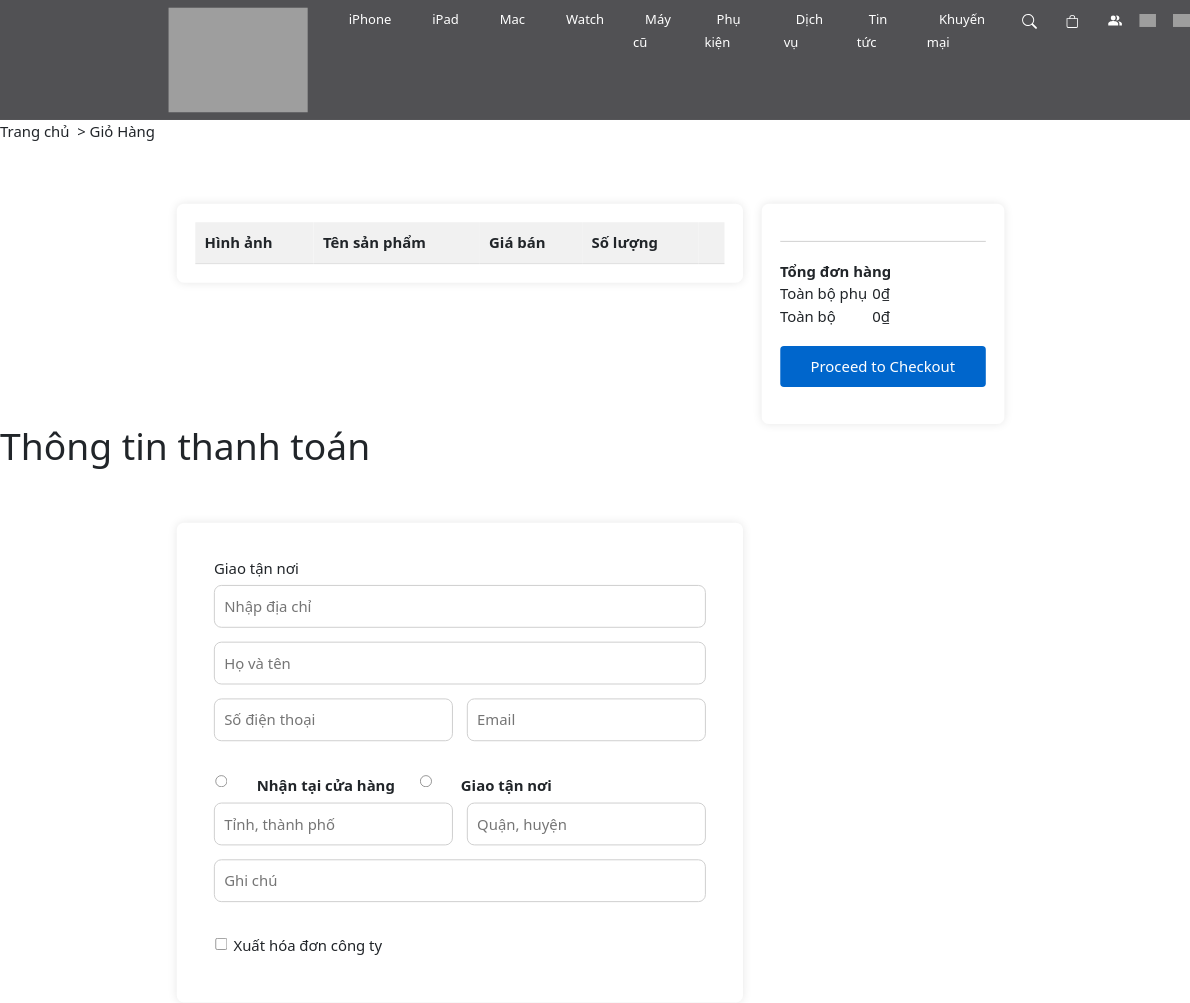
Repository: 20092004nam2k4/FE-ShopDunk
Page: /cart
These files come from the project's save history. The page is drawn as it stood at one moment and after the next save; the edit follows.
The browser window is 1280 px wide. The pictures show the whole page, at 93% of full size.
Pictures or frames that could not be fetched are drawn as grey boxes. The page's requests for data from a server got no answer. The project was rebuilt for these pictures with package versions that can differ from the ones it lists, and the page was loaded fresh each time. No one was signed in, and anything a server would have sent is missing. Also part of the build but not shown: src/component/common/SlideImage.css, src/component/common/SlideImage.js, src/component/product/ProductCart.css, src/component/product/ProductList.js, src/component/product/ProductDetail.css, src/component/product/ProductDetail.js, src/component/user/LoginUser.js, src/component/user/UserProfile.js and 3 more.

Above is the page before, as saved 2024-06-14 12:05:30.

### src/component/cart/CartPage.js

import React, { useState, useEffect } from "react";
import axios from "axios";
import "./CartPage.css";

const CartPage = () => {
  const [cartItems, setCartItems] = useState([]);

  const fetchCartItems = () => {
    axios
      .get("http://localhost:8090/api/products/cart")
      .then((response) => {
        setCartItems(response.data);
      })
      .catch((error) => {
        console.error("Error fetching cart items:", error);
      });
  };

  useEffect(() => {
    fetchCartItems();
  }, []);

  const removeFromCart = (id) => {
    axios
      .delete(`http://localhost:8090/api/products/removeFromCart/${id}`)
      .then(() => {
        fetchCartItems(); // Refresh the cart items after removing
      })
      .catch((error) => {
        console.error("Error removing product from cart:", error);
      });
  };

  const updateQuantity = (id, newQuantity) => {
    if (newQuantity <= 0) {
      // Nếu số lượng mới <= 0, xóa sản phẩm khỏi giỏ hàng
      axios.delete(`http://localhost:8090/api/products/updateCart/${id}`, {
        quantity: newQuantity,
      })
      .then(() => {
        fetchCartItems();  // Làm mới giỏ hàng sau khi xóa
      })
      .catch((error) => {
        console.error("Lỗi khi xóa sản phẩm khỏi giỏ hàng:", error);
      });
      return;
    }

    // Gửi yêu cầu PUT để cập nhật số lượng sản phẩm
    axios.put(`http://localhost:8090/api/products/updateCart/${id}`, null, {
      params: {
        quantity: newQuantity,
      },
    })
    .then(() => {
      fetchCartItems();  // Làm mới giỏ hàng sau khi cập nhật
    })
    .catch((error) => {
      console.error("Lỗi khi cập nhật số lượng sản phẩm:", error);
    });
  };

  const calculateSubtotal = () => {
    return cartItems.reduce((sum, item) => sum + item.product.price * item.quantity, 0);
  };

  const calculateTotal = () => {
    return calculateSubtotal();
  };

  return (
    <div className="cart-page">
      <div className="title-header">
        <p>Trang chủ &nbsp;&gt; Giỏ Hàng</p>
      </div>
      <div className="tong">
        <div className="left">
          <div className="cart-detail">
            <table className="cart">
              <thead>
                <tr>
                  <th>Hình ảnh</th>
                  <th>Tên sản phẩm</th>
                  <th>Giá bán</th>
                  <th>Số lượng</th>
                  <th></th>
                </tr>
              </thead>
              <tbody>
                {cartItems.map((item) => (
                  <tr key={item.id}>
                    <td>
                      <a href={`/product/${item.product.id}`}>
                        <img
                          alt={`Ảnh của ${item.product.name}`}
                          src={`http://localhost:8090/image/${item.product.image}`}
                          title={`Hiển thị chi tiết cho ${item.product.name}`}
                        />
                      </a>
                    </td>
                    <td className="product">
                      <a href={`/product/${item.product.id}`} className="product-name">
                        {item.product.name}
                      </a>
                      <div className="edit-item"></div>
                    </td>
                    <td className="unit-price">
                      <span className="product-unit-price">
                        {parseInt(item.product.price).toLocaleString()}₫
                      </span>
                    </td>
                    <td className="quantity">
                      <div className="cart-quantity-input-container">
                        <svg
                          id={`cart-quantity-input-subtract${item.id}`}
                          width="11"
                          height="11"
                          viewBox="0 0 11 11"
                          fill="none"
                          xmlns="http://www.w3.org/2000/svg"
                          onClick={() => updateQuantity(item.id, item.quantity - 1)}
                        >
                          <path
                            d="M-0.00390625 5.90234H11.0039C11.1133 5.90234 11.207 5.86328 11.2852 5.78516C11.3633 5.70182 11.4023 5.60547 11.4023 5.49609C11.4023 5.38672 11.3633 5.29297 11.2852 5.21484C11.207 5.13672 11.1133 5.09766 11.0039 5.09766H-0.00390625C-0.0768229 5.09766 -0.144531 5.11589 -0.207031 5.15234C-0.264323 5.1888 -0.311198 5.23828 -0.347656 5.30078C-0.384115 5.35807 -0.402344 5.42318 -0.402344 5.49609C-0.402344 5.57422 -0.384115 5.64453 -0.347656 5.70703C-0.311198 5.76432 -0.264323 5.8112 -0.207031 5.84766C-0.144531 5.88411 -0.0768229 5.90234 -0.00390625 5.90234Z"
                            fill="#0066CC"
                          />
                        </svg>

                        {/* Input hiển thị số lượng */}
                        <input
                          className="input-text"
                          id={`quantity${item.id}`}
                          value={item.quantity}
                          size="4"
                          readOnly
                        />

                        {/* Nút tăng số lượng */}
                        <svg
                          id={`cart-quantity-input-add${item.id}`}
                          width="12"
                          height="13"
                          viewBox="0 0 12 13"
                          fill="none"
                          xmlns="http://www.w3.org/2000/svg"
                          onClick={() => updateQuantity(item.id, item.quantity + 1)}
                        >
                          <path
                            d="M-0.304688 6.5C-0.304688 6.61458 -0.265625 6.71094 -0.1875 6.78906C-0.104167 6.86719 -0.0104167 6.90625 0.09375 6.90625H5.19531V12.0078C5.19531 12.1172 5.23438 12.2109 5.3125 12.2891C5.39583 12.3672 5.49219 12.4062 5.60156 12.4062C5.71094 12.4062 5.80729 12.3672 5.89062 12.2891C5.96875 12.2109 6.00781 12.1172 6.00781 12.0078V6.90625H11.1094C11.2239 6.90625 11.3177 6.86719 11.3906 6.78906C11.4739 6.71094 11.5156 6.61458 11.5156 6.5C11.5156 6.39583 11.4739 6.30208 11.3906 6.21875C11.3177 6.13542 11.2239 6.09375 11.1094 6.09375H6.00781V1.00781C6.00781 0.893229 5.96875 0.799479 5.89062 0.726562C5.80729 0.653646 5.71094 0.617188 5.60156 0.617188C5.49219 0.617188 5.39583 0.653646 5.3125 0.726562C5.23438 0.799479 5.19531 0.893229 5.19531 1.00781V6.09375H0.09375C-0.0104167 6.09375 -0.104167 6.13542 -0.1875 6.21875C-0.265625 6.30208 -0.304688 6.39583 -0.304688 6.5Z"
                            fill="#0066CC"
                          />
                        </svg>
                      </div>
                    </td>

                    <td className="remove-from-cart">
                      <button
                        onClick={() => removeFromCart(item.id)}
                        className="remove-button"
                      >
                        <i className="fas fa-trash-alt"></i>
                      </button>
                    </td>
                  </tr>
                ))}
              </tbody>
            </table>
          </div>

        </div>

        <div className="right">
          <div className="cart-collaterals">
            <div className="totals">
              <div className="total-info">
                <table className="cart-total">
                  <thead>
                    <tr>
                      <th colSpan="2">Tổng đơn hàng</th>
                    </tr>
                  </thead>
                  <tbody>
                    <tr className="cart-item-subtotal">
                      <td>Toàn bộ phụ</td>
                      <td>
                        <span className="value">{calculateSubtotal().toLocaleString()}₫</span>
                      </td>
                    </tr>
                    <tr className="order-total">
                      <td>Toàn bộ</td>
                      <td>
                        <span className="value">{calculateTotal().toLocaleString()}₫</span>
                      </td>
                    </tr>
                  </tbody>
                </table>
                <div className="checkout-buttons">
                  <button className="checkout-button">Proceed to Checkout</button>
                </div>
              </div>
            </div>
          </div>
        </div>
      </div>
      <div>
        <h1>Thông tin thanh toán</h1>
      </div>
      <div className="tong-bot">
        <div class="left">
          <div class="enter-address bg-white">
            <h6>Giao tận nơi</h6>
            <input placeholder="Nhập địa chỉ"></input>
            <input placeholder="Họ và tên"></input>
            <div class="half-inputs">
              <input placeholder="Số điện thoại"></input>
              <input placeholder="Email"></input>
            </div>
            <div class="edit-address">
              <div class="delivery-method">
                <input type="radio" id="receive-store" name="receive-method" value="store"></input>
                <label for="receive-store">Nhận tại cửa hàng</label>
                <input type="radio" id="receive-delivery" name="receive-method" value="delivery"></input>
                <label for="receive-delivery">Giao tận nơi</label>
              </div>
              <div class="half-inputs">
                <input placeholder="Tỉnh, thành phố"></input>
                <input placeholder="Quận, huyện"></input>
              </div>
              <div>
                <input placeholder="Ghi chú"></input>
              </div>
              <div class="edit-address">
                <input type="checkbox" id="company-invoice" name="company-invoice" value="company-invoice"></input>Xuất hóa đơn công ty
              </div>
            </div>
          </div>
        </div>
      </div>


    </div>
  );
};

export default CartPage;

### src/component/common/Navbar.css
.navbar {
  background-color: #515154;
  padding: 10px;
  position: relative; /* Thêm thuộc tính position relative */
}

.navbar-links {
  list-style: none;
  display: flex;
  justify-content: center;
  max-width: 1400px;
  margin: 0;
padding-left: 150px;
 position: relative; /* Thêm thuộc tính position relative */
  z-index: 1; /* Đảm bảo navbar hiển thị trên cùng */
}

.navbar-links li {
  padding-left: 18px;
}

.navbar-links a {
  color: white;
  text-decoration: none;
  padding: 10px 13px 25px;
  transition: background-color 0.3s;
  font-size: 14px;
}

.navbar-links a:hover {
  background-color: #6a6969;
}

.imageIcon {
  width: 150px;
}

.icon-bag,
.icon-people,
.icon-search {
  color: white;
  height: 30px;
}

.imageIconVN {
  height: 14px;
}

.dropdown-menu {
  position: absolute;
  top: 100%; /* Hiển thị menu dropdown bên dưới navbar */
  left: 0;
  background-color: #515154;
  min-width: 200px; /* Độ rộng tối thiểu của dropdown menu */
  z-index: 10; /* Đảm bảo menu dropdown hiển thị trên cùng */
  box-shadow: 0px 8px 16px rgba(0, 0, 0, 0.2); /* Đổ bóng cho dropdown menu */
  display: none; /* Ẩn dropdown menu mặc định */
}

.dropdown-menu.active {
  display: block; /* Hiển thị dropdown menu khi active */
}

.dropdown-menu a {
  color: white;
  text-decoration: none;
  padding: 15px;
  display: block;
  transition: background-color 0.3s;
}

.dropdown-menu a:hover {
  background-color: #7f7d7d;
}

### src/component/user/Login.css
body {
    font-family: sans-serif;
    /* display: flex; */
    justify-content: center;
    align-items: center;
    min-height: 100vh;
    background-color: #f5f5f5;
  }
  .userName-login{
    margin-top: 25px;
  }



  .left-side {
    width: 50%;
    display: flex;
    justify-content: center;
    align-items: center;
    margin-top: 90px;
  }

  .right-side {
    width: 50%;
    padding: 20px;
    margin-top: 90px;
  }

  .left-side img {
    width: 100%;
    max-width: 600px;
    height: 350px;
  }

  h2 {
    margin-bottom: 20px;
  }

  input[type="text"],
  input[type="password"] {
    width: 100%;
    padding: 10px;
    margin-bottom: 15px;
    border: 1px solid #ddd;
    border-radius: 10px;
    box-sizing: border-box;
  }

  input[type="checkbox"] {
    margin-right: 5px;
  }

  button {
    background-color: #007bff;
    color: #fff;
    padding: 10px 20px;
    border: none;
    border-radius: 3px;
    cursor: pointer;
    width: 100%;
  }

  .link {
    display: block;
    text-align: center;
    margin-top: 15px;
    color: #007bff;
    text-decoration: none;
  }

  .footerMain{
margin-top: 200px;
  }
  .textFooter{
    padding-left: 200px !important;
  }
  .textToRegister{
    margin-top: 15px;
  }

### src/component/user/UserProfile.css
    /* Reset CSS */
    * {
        box-sizing: border-box;
        margin: 0;
        padding: 0;
    }

    body {
        font-family: Arial, Helvetica, sans-serif;
        background-color: #f5f5f7; /* Updated background color */
    }

    .page-container {
        padding: 20px;
        background-color: #f5f5f7; /* Background color for the page */
    }

    .container {
        display: flex;
        justify-content: space-between;
        margin: 30px auto;
        width: 80%;
        /* gap: 30px;  */
    }

    .navigation {
        width: 25%;
        background-color: #fff;
        padding: 20px;
        border-radius: 10px;
        border: 1px solid #ddd; /* Border for left div */
        box-shadow: 0 0 10px rgba(0, 0, 0, 0.1); /* Optional: for a subtle shadow effect */
        margin-left: 50px;
    }

    .navigation ul {
        padding-left: 0; /* Reset padding */
        list-style: none; /* Remove bullet points */
    }

    .navigation li {
        padding: 10px 0;
        border-bottom: 1px solid #ddd;
    }

    .navigation li:last-child {
        border-bottom: none;
    }

    .navigation li a {
        color: #333;
        text-decoration: none;
        display: flex;
        align-items: center;
    }

    .navigation li a i {
        margin-right: 10px;
        font-size: 1.2em;
    }

    .form {
        width: calc(70% - 100px); /* Reduced width by 100px */
        background-color: #fff;
        padding: 20px;
        border-radius: 10px;
        border: 1px solid #ddd; /* Border for right div */
        box-shadow: 0 0 10px rgba(0, 0, 0, 0.1); /* Optional: for a subtle shadow effect */
        display: flex;
        flex-direction: column;
        height: calc(100% + 70px); /* Increased height by 70px */
        margin-right: 90px;
    }

    .form-row {
        display: flex;
        justify-content: space-between;
        align-items: center;
        margin-bottom: 15px;
    }

    .form-row label {
        flex: 1;
    }

    .form-row input,
    .form-row select {
        flex: 2;
        padding: 10px;
        border: 1px solid #ddd;
        border-radius: 5px;
    }

    .form-row .input-group {
        display: flex;
        flex-direction: column;
        margin-bottom: 15px;
    }

    .form-row .input-group input {
        margin-top: 10px;
    }

    .input-email {
        padding-left: 20px;
    }

    .input-gender {
        display: flex;
        align-items: center;
        padding-left: 20px;
    }

    .input-gender > div {
        display: flex;
        align-items: center;
        margin-right: 20px;
    }

    .input-gender label {
        margin-left: 5px;
        margin-right: 15px; /* Adjust spacing between the labels and inputs */
    }

    .form-row.birthday-row {
        display: flex;
        justify-content: space-between;
        align-items: center;
        margin-bottom: 15px;
    }

    .form-row.birthday-row label {
        flex: 1;
    }

    .form-row.birthday-row select {
        flex: 1;
        padding: 10px;
        border: 1px solid #ddd;
        border-radius: 5px;
    }

    .form button {
        background-color: #0066cc;
        color: white;
        padding: 10px 20px;
        border: none;
        border-radius: 5px;
        cursor: pointer;
        width: 124px;
        height: 43px;
        margin: 0 auto; /* Add this line to center the button */
        margin-top: 10px;
    }

    .newsletter {
        text-align: center;
        margin-top: 50px;
    }

    .footerMain {
        text-align: center;
        background-color: #333;
        color: #fff;
        padding: 10px 0;
    }

    .newsletter .input-group {
        width: auto;
        display: inline-flex;
        border-radius: 20px;
        margin-top: 20px;
    }

    .newsletter .input-group .form-control {
        width: 500px;
        height: 50px;
        border-radius: 20px;
    }

    .newsletter .input-group .btn {
        width: 100px;
        background-color: #0066cc;
        color: white;
        border: none;
        border-radius: 20px;
        height: 50px;

    }

    .text-email {
        margin-top: 21px;
    }
    .radio-male{
        margin-left: -48px;

    }
    .text-user{
        margin-right: 580px;
        padding-top: 17px;
    }
    .text-male{
        padding-top: 9px;
    margin-right: 234px;
    }
    .text-female{
        padding-top: 8px;
    }
    .email-info{
        padding-top: 10px;
    }
    .email-text{
        margin-bottom: 24px;
    }

Loaded but not shown: public/index.html (common file); src/index.js (common file); src/component/common/Navbar.js (93 lines, source omitted); src/App.js (47 lines, source omitted); src/context/AuthContext.js (34 lines, source omitted); src/component/cart/CartPage.css (368 lines, source omitted)

After the next save:
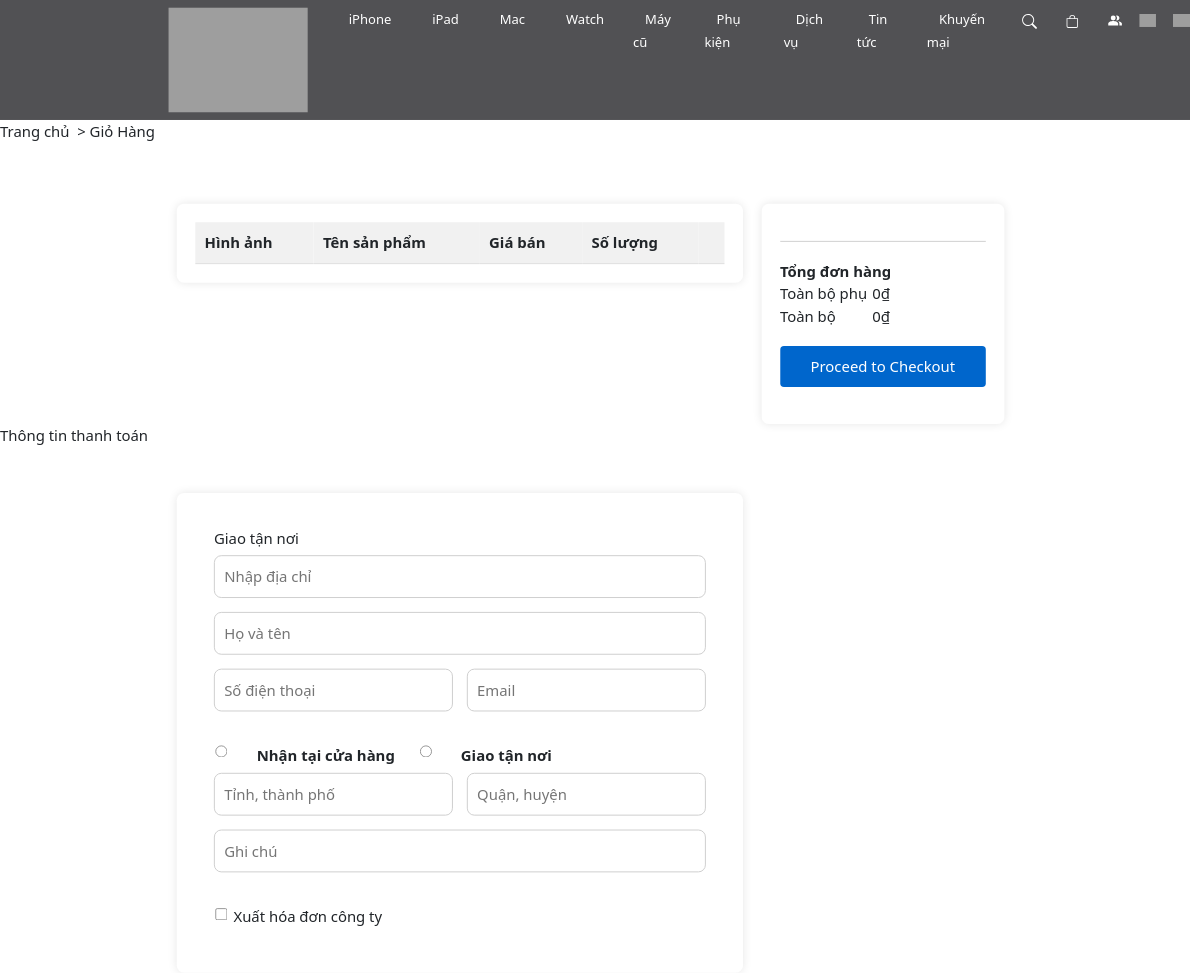
Saved 13 s later.
--- a/src/component/cart/CartPage.js
+++ b/src/component/cart/CartPage.js
@@ -204,7 +204,7 @@
         </div>
       </div>
       <div>
-        <h1>Thông tin thanh toán</h1>
+        <h>Thông tin thanh toán</h>
       </div>
       <div className="tong-bot">
         <div class="left">
